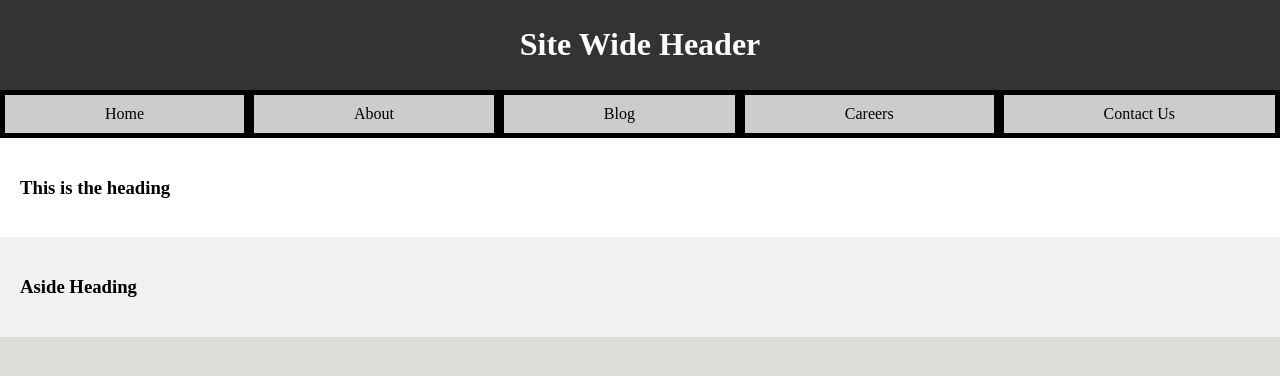
Repository: ayeza-baseer/AssignmentFlexbox
Page: assignment.html
An editor plug-in stored every save of this project. The page is shown before and after the next save, followed by the edit.
The browser window is 1280 px wide. The pictures show the whole page.

Above is the page before, as saved 2023-03-17 14:17:12.

### assignment.html
<!DOCTYPE html>
<html lang="en">
<head>

    <link rel="stylesheet" href="assignment.css">


</head>
<body>
<div>
    <header class="header"><h1>
        Site Wide Header
    </h1></header>
    <div class="navbar">
        <a href="#">Home</a>
        <a href="#">About</a>
        <a href="#">Blog</a>
        <a href="#">Careers</a>
        <a href="#">Contact Us</a>
      </div>
    <div class="row">
      <div class="main">
        <h3>This is the heading</h3>
      </div>
      <div class="aside">
        <h3>Aside Heading</h3>
      </div>
    </div>
</div>

</body>
</html>

### assignment.css
.header{
    padding: 5px;
    background-color: #333;
	 color: #ccc;

    text-align: center;

    color: white;
}

body{
    margin:0;
    background-color: #deded8;
}

.navbar {
    display: flex;
    background-color: black
  }

  .navbar a {
    color: black;

    background-color: #ccc;
    padding: 10px 12px;
    text-decoration: none;
    text-align: center;
    flex-grow:1;
    border: 5px solid black;
  }

  .navbar a:hover {
    color:red;
    border: 5px solid red;
  }

  .row {
    display: flex;


    flex-wrap: wrap;
  }


  .aside {
    flex: 1 1 70%;
    background-color: #f1f1f1;
    padding: 20px;
  }

  /* Main column */
  .main {
    flex: 1 1 30%;
    background-color: white;
    padding: 20px;
  }

After the next save:
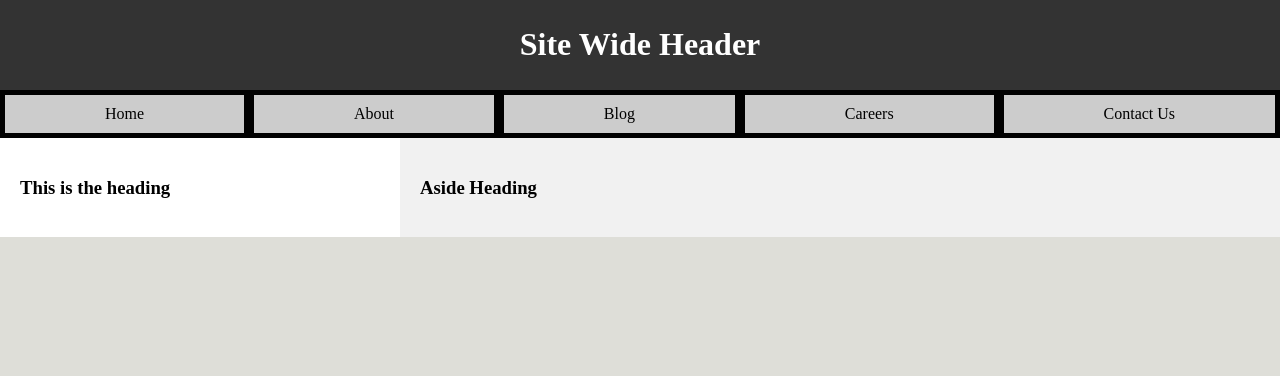
Saved 88 s later.
--- a/assignment.css
+++ b/assignment.css
@@ -36,9 +36,7 @@ body{
 
   .row {
     display: flex;
-
-
-    flex-wrap: wrap;
+    flex-direction: row;
   }
 
 
